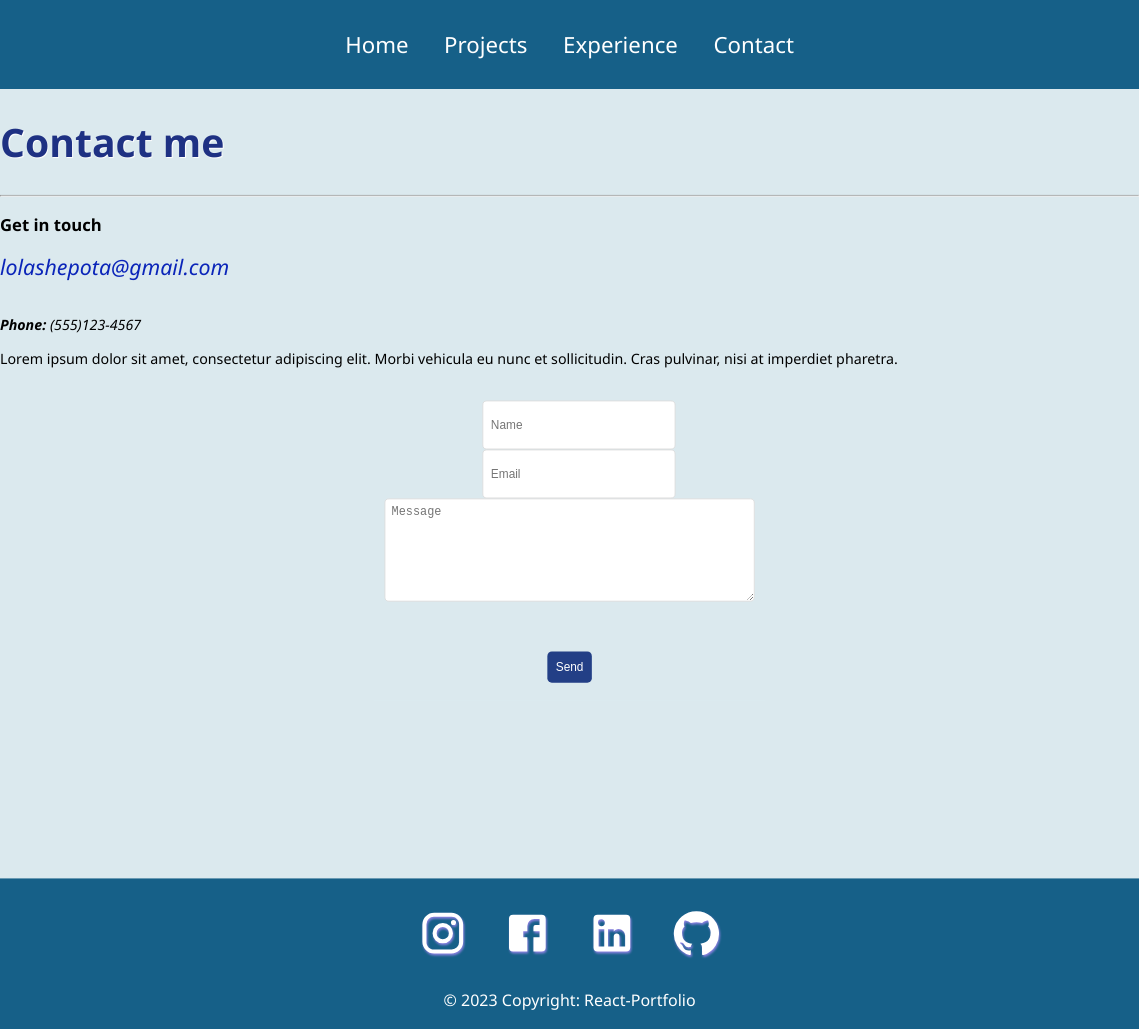
Repository: LolaSL/react-portfolio
Page: /contact
These files come from the project's save history. The page is drawn as it stood at one moment and after a run of saves; the edit follows.
The browser window is 1280 px wide. The pictures show the whole page, at 89% of full size.
The project was rebuilt for these pictures with package versions that can differ from the ones it lists, and the page was loaded fresh each time. Also part of the build but not shown: src/pages/Home/Style.css, src/pages/Home/Home.jsx, src/components/ProjectItem/Style.css, src/components/ProjectItem/ProjectItem.jsx, src/helpers/ProjectList.js, src/pages/Projects/Style.css, src/pages/Projects/Projects.jsx, src/pages/Experience/Style.css and 2 more.

Above is the page before, as saved 2023-09-26 10:48:05.

### src/App.js
import './App.css';
import { BrowserRouter as Router, Routes, Route } from 'react-router-dom';
import Home from './pages/Home/Home.jsx';
import Projects from './pages/Projects/Projects.jsx';
import Experience from './pages/Experience/Experience.jsx';
import Navbar from "./components/Navbar/Navbar.jsx";
import Footer from './components/Footer/Footer.jsx';
import ProjectDetail from './pages/ProjectDetail/ProjectDetail';
import Contact from './pages/Contact/Contact';


function App() {
  return (
    <div className="App">
      <Router>
      <Navbar />
        <Routes>
          <Route path="/" element={<Home />} />
          <Route path="/projects" element={<Projects />} />
          <Route path="/project/:id" element={<ProjectDetail />} />
          <Route path="/experience" element={<Experience />} />
          <Route path="/contact" element ={<Contact/>}/>
        </Routes>
        <Footer />
      </Router>
    </div>
  );
}

export default App;

### src/App.css
.App {
  width: 100%;
  height: auto;
  display: flex;
  flex-direction: column;
  font-family:'Segoe UI', Tahoma, Geneva, Verdana, sans-serif;
  background-color: #dbe9ee;
}

body {
  margin: 0;
  padding: 0;
}

### src/components/Navbar/Navbar.jsx
import React, { useEffect, useState } from "react";
import { Link, useLocation } from "react-router-dom";
import DehazeIcon from "@mui/icons-material/Dehaze";
import "./Style.css";

const Navbar = () => {
  const [expandNavbar, setExpandNavbar] = useState(false);
  const location = useLocation();
  useEffect(() => {
    setExpandNavbar(false);
  }, [location]);
  return (
    <div className="navbar" id={expandNavbar ? "open" : "close"}>
      <div className="toggleButton">
        <button
          onClick={() => {
            setExpandNavbar((prev) => !prev);
          }}
        >
          <DehazeIcon />
        </button>
      </div>
      <div className="links">
        <Link to="/"> Home </Link>
        <Link to="/projects"> Projects </Link>
        <Link to="/experience"> Experience </Link>
        <Link to="/contact"> Contact </Link>
      </div>
    </div>
  );
};

export default Navbar;

### src/components/Footer/Footer.jsx
import React from "react";
import { Link } from "react-router-dom";
import InstagramIcon from "@mui/icons-material/Instagram";
import FacebookIcon from "@mui/icons-material/Facebook";
import LinkedInIcon from "@mui/icons-material/LinkedIn";
import GitHubIcon from "@mui/icons-material/GitHub";
import "./Style.css";

const Footer = () => {
  return (
    <div className="footer">
      <div className="socialMedia">
        <Link to="https://www.instagram.com">
          <InstagramIcon />
        </Link>
        <Link to="https://www.facebook.com">
          <FacebookIcon />
        </Link>
        <Link to="https://www.linkedin.com/in/lola-s-2aba6340-lo">
          <LinkedInIcon />
        </Link>
        <Link to="https://github.com">
          <GitHubIcon />
        </Link>
      </div>
      <div className="copyright">
        <p>&copy; {new Date().getFullYear()} Copyright: React-Portfolio</p>
      </div>
    </div>
  );
};

export default Footer;

### src/pages/Contact/Contact.jsx
import React, { useRef } from "react";
import emailjs from "@emailjs/browser";
import { Container, Row, Col } from "react-bootstrap";
import { contactConfig } from "./contactConfig";
import "./Style.css";

const ContactForm = () => {
  const form = useRef();

  const sendEmail = (e) => {
    e.preventDefault();

    emailjs.sendForm("MY_SERVICE", "MY-TEMPLATE", form.current, "MY-KEY").then(
      (result) => {
        console.log(result.text);
        console.log("message sent");
      },
      (error) => {
        console.log(error.text);
      }
    );
  };
  return (
    <Container>
      <Row className="mb-5 mt-3">
        <Col lg="8">
          {" "}
          <h1 className="display-4 mb-4">Contact me</h1>
          <hr className="t_border my-4 ml-0 text-left" />
        </Col>
      </Row>
      <Row className="sec-sp">
        <Col lg="5" className="mb-5">
          <h3 className="color_sec py-4">Get in touch</h3>
          <address>
            <strong>      <a href={`mailto:${contactConfig.YOUR_EMAIL}`}>
                {contactConfig.YOUR_EMAIL}
              </a></strong>
              <br />
              <br />
              {contactConfig.hasOwnProperty("YOUR_FONE") ? (
                <p>
                  <strong>Phone:</strong> {contactConfig.YOUR_FONE}
                </p>
              ) : (
                ""
              )}
            </address>
            <p>{contactConfig.description}</p>
          </Col>
        <Col lg="7" className="d-flex align-items-center">
          <form ref={form} onSubmit={sendEmail} className="contact-form w-100">
          <Row>
                <Col lg="6" className="form-group">
                  <input
                    className="form-control"
                    id="name"
                    name="name"
                    placeholder="Name"
                    type="text"
                    required
                  />
                </Col>
                <Col lg="6" className="form-group">
                  <input
                    className="form-control rounded-0"
                    id="email"
                    name="email"
                    placeholder="Email"
                    type="email"
                    required
                  />
                </Col>
              </Row>
              <textarea
                className="form-control rounded-0"
                id="message"
                name="message"
                placeholder="Message"
                rows="5"
                required
              ></textarea>
              <br />
            <Row>
              <Col lg="12" className="form-group">
                <input
                  type="submit"
                  className="btn"
                  value="Send"
                  disabled={true}
                />
              </Col>
            </Row>
          </form>
        </Col>
      </Row>
    </Container>
  );
};

export default ContactForm;

### src/components/Navbar/Style.css
.navbar {
  width: 100%;
  height: 100px;
  background: #166088;
}

.links {
  width: 100%;
  height: 100%;
  display: flex;
  align-items: center;
  justify-content: center;
  color: white;
}

.navbar a {
  color: white;
  text-decoration: none;
  margin: 20px;
  font-size: 25px;
}

.toggleButton {
  width: 100%;
  height: 100px;
  display: flex;
  align-items: center;
  justify-content: flex-end;
}

.toggleButton svg {
  font-size: 50px;
}
.toggleButton button {
  margin-right: 20px;
  padding: 8px;
  background-color: transparent;
  border: none;
  color: white;
  cursor: pointer;
}

#open {
  height: 100vh;
}

#open .links {
  flex-direction: column;
  justify-content: flex-start;
  margin-top: 100px;
}

#open a {
  width: 100%;
  text-align: center;
}

@media only screen and (max-width: 900px) {
  .navbar a {
    width: 600px;
  }
}

@media only screen and (max-width: 600px) {
  .toggleButton {
    display: flex;
  }
  #close a {
    display: none;
  }
}

@media only screen and (min-width: 600px) {
  .toggleButton {
    display: none;
  }

  .hiddenLinks {
    display: none;
  }

  #open {
    height: 100px;
  }

  #open .links {
    flex-direction: row;
  }
}

### src/components/Footer/Style.css
.footer {
    width: 100%;
    height: 155px;
    background: #166088;
    display: flex;
    justify-content: center;
    align-items: center;
    flex-direction: column;
    padding-top: 10px;
    margin-top: 200px;
    position: related;
    bottom: 0;
    left: 0;
    right: 0;
  }
  .footer{
    height: 22vh;
  }
  .socialMedia svg{
    color: white;
    margin: 20px;
    font-size: 55px;
    cursor: pointer;
    margin-bottom: 10px;
  }
  .socialMedia svg:hover{
    color: #e76972;
    margin: 20px;
    font-size: 55px;
    cursor: pointer;
    margin-bottom: 10px;
    background-color: transparent;
    transition: all ease 0.3s;
    border: none;
    text-shadow: 0 0 0.625em #d83535;
  }
.copyright p{
    color: white;
    font-size: 18px;
  }

  @media only screen and (max-width: 600px) {
    .footer svg {
      font-size: 50px;
    }
    .copyright p{
      font-size: 16px;
    }
  }

### src/pages/ProjectDetail/Style.css
.project {
  width: 100%;
    height: auto;
    display: flex;
    justify-content: center;
    align-items: center;
    flex-direction: column;
    color: #3e497a;
}

.project  h1 {
  text-align: center;
  color: #3e497a;
  font-size:50px;
  font-weight: bolder;
  margin-top: 30px

}
.project img {
  max-width: 700px;
  border-radius: 10px;
  margin-bottom: 40px;
}

.project h3 {
  font-size: 1.7rem;
  color: #3e497a;
  padding: 50px;
  text-align: justify;
}
a {
  text-decoration: none;
  color: rgb(11, 37, 185);
  font-weight: normal;
  font-size: 24px;
}
a:hover {
  text-decoration: none;
   color: #e76972;
  font-weight: bold;
  transition: all ease 0.3s;
  font-size: 24px;
  cursor: pointer;
  text-shadow: 0 0 0.625em #d83535;
}
.project svg {
  font-size: 60px;
  color: #3e497a;
}
.project svg:hover {
  color: #2d2d84;
  cursor: pointer;
}
svg {
  filter: drop-shadow(1px 2px 1px rgb(144, 130, 227));
}
@media only screen and (max-width: 1300px) {
  .project img {
    max-width: 500px;
    border-radius: 8px;
  }
  .project h1 {
    font-size: 1.8rem;
  }
  .project h3 {
    font-size: 1.4rem;
  }
}

@media only screen and (max-width: 800px) {
  .project img {
    max-width: 374px;
    border-radius: 6px;
  }
  .project h1 {
    font-size:37px;
    text-align: center;
    color: #3e497a;
  }
  .project h3 {
    font-size: 1.3rem;
  }

}

### src/pages/Contact/contactConfig.js
// const contactConfig = {
//     description: "I'm Highly motivated, passionate coder, self-taught, fast-learning, and a team player with deep loyalty, dedication, and hardworking ethics. I love to contribute my skill set in creating new ideas with fantastic customer experiences."
// }
// export {
//     contactConfig
// }
const logotext = 'Lola Shepota';
const meta = {
  title: 'Lola Shepota',
  description:
    "I'm Highly motivated, passionate coder, Full-Stact Junior. ",
};

const introdata = {
  title: 'I’m John Doe',
  animated: {
    first: 'I love coding',
    second: "I'm creating new ideas with fantastic customer experiences",
    third: 'A team player with deep loyalty',
  },
  description:
   "I'm self-taught, fast-learning, and  dedication, and hardworking ethics. I love contributing my skills to code websites.",
  your_img_url: 'https://avatars.githubusercontent.com/u/67796082?v=4',
};

const dataabout = {
  title: 'About my self',
  aboutme:
    'Lorem ipsum dolor sit amet, consectetur adipiscing elit. Praesent quis dolor id ligula semper elementum feugiat pretium nulla. Nunc non commodo dolor. Nunc mollis dignissim facilisis. Morbi ut magna ultricies.',
};
const worktimeline = [
  {
    jobtitle: 'Designer of week',
    where: 'YAdfi',
    date: '2020',
  },
  {
    jobtitle: 'Designer of week',
    where: 'Jamalya',
    date: '2019',
  },
  {
    jobtitle: 'Designer of week',
    where: 'ALquds',
    date: '2019',
  },
];



const services = [
  {
    title: 'UI & UX Design',
    description:
      'Lorem ipsum dolor sit amet, consectetur adipiscing elit. Sed at nisl euismod urna bibendum sollicitudin.',
  },
  {
    title: 'Mobile Apps',
    description:
      'Lorem ipsum dolor sit amet, consectetur adipiscing elit. Sed at nisl euismod urna bibendum sollicitudin.',
  },
  {
    title: 'Wordpress Design',
    description:
      'Lorem ipsum dolor sit amet, consectetur adipiscing elit. Sed at nisl euismod urna bibendum sollicitudin.',
  },
];

const contactConfig = {
  YOUR_EMAIL: 'lolashepota@gmail.com',
  YOUR_FONE: '(555)123-4567',
  description:
    'Lorem ipsum dolor sit amet, consectetur adipiscing elit. Morbi vehicula eu nunc et sollicitudin. Cras pulvinar, nisi at imperdiet pharetra. ',
  YOUR_SERVICE_ID: 'service_id',
  YOUR_TEMPLATE_ID: 'template_id',
  YOUR_USER_ID: 'user_id',
};


export {
  meta,
  dataabout,
  worktimeline,
  services,
  introdata,
  contactConfig,
  logotext,
};

### src/pages/Contact/Style.css
.contact-form {
  max-width: 400px;
  margin: 0 auto;
  padding: 20px;
  background-color: #dbe9ee;
  display: flex;
  flex-direction: column;
  align-items: center;
  color: #1e3183;
  font-size: 18px;
  font-weight: 600;


}
h1{
  font-size: 44px;
 color: #1e3183;
 text-shadow: 1px 1px 1px #ffffff;

}
  input {
    width: 100%;
    height: 35px;
    padding: 9px;
    outline: none;
    border-radius: 5px;
    border: 1px solid rgb(220, 220, 220);

    &:focus {
      border: 2px solid rgba(0, 206, 158, 1);
    }
  }

  textarea {
    max-width: 100%;
    min-width: 100%;
    width: 100%;
    max-height: 100px;
    min-height: 100px;
    padding: 7px;
    outline: none;
    border-radius: 5px;
    border: 1px solid rgb(220, 220, 220);

    &:focus {
      border: 2px solid rgba(0, 206, 158, 1);
    }
  }

  input[type="submit"] {
    margin-top: 2rem;
    cursor: pointer;
    background: #233f86;
    color: white;
    border: none;
  }
  input:hover[type="submit"] {
    margin-top: 2rem;
    cursor: pointer;
    background: #e76972;
    color: white;
    border: none;
  }

Loaded but not shown: public/index.html (common file); src/index.js (common file); src/reportWebVitals.js (common file)

After the next 2 saves:
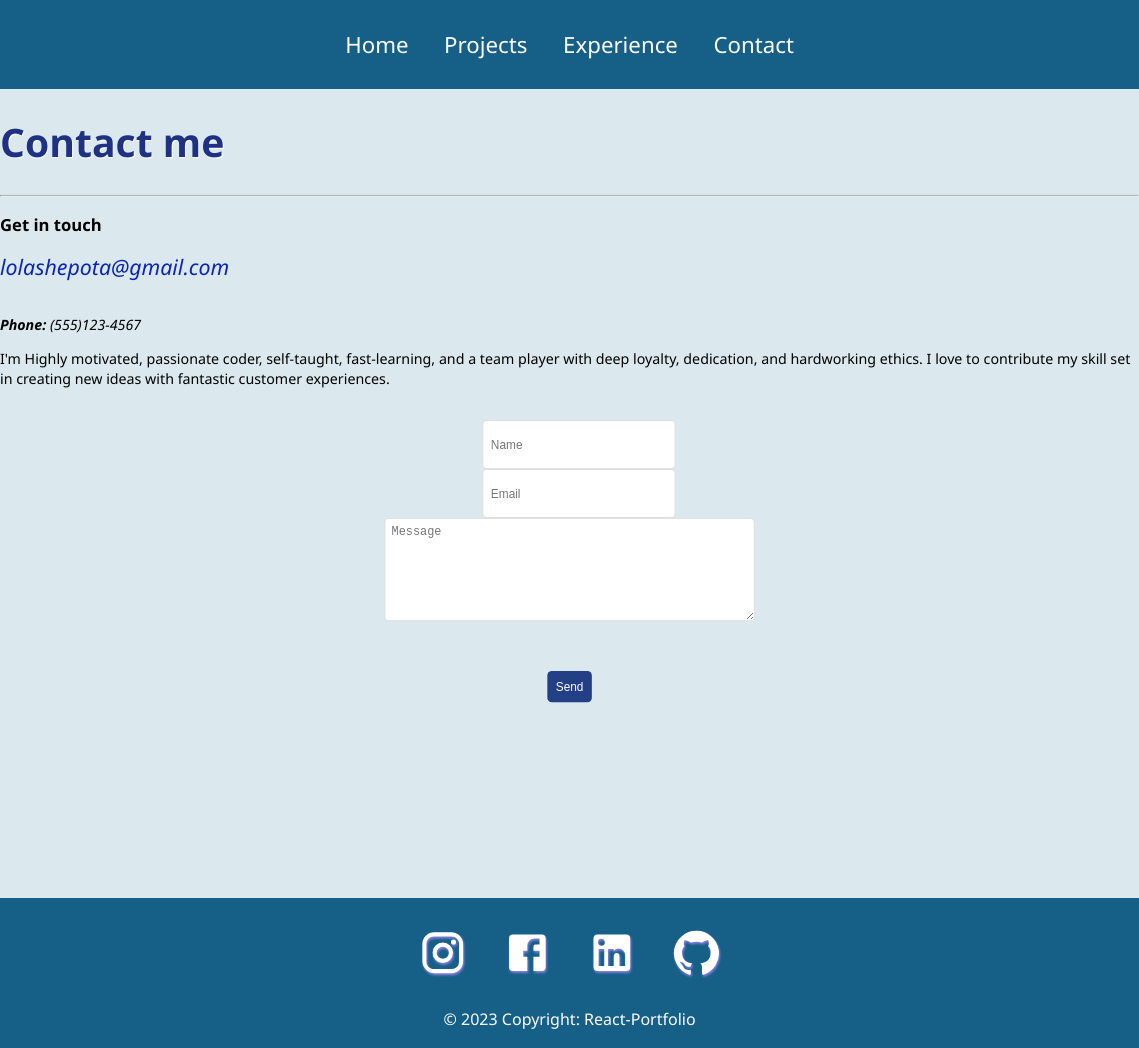
The 2 saves are shown as one change because they came seconds apart.
The last was saved 68 s later.
--- a/src/pages/Contact/contactConfig.js
+++ b/src/pages/Contact/contactConfig.js
@@ -70,7 +70,7 @@ const contactConfig = {
   YOUR_EMAIL: 'lolashepota@gmail.com',
   YOUR_FONE: '(555)123-4567',
   description:
-    'Lorem ipsum dolor sit amet, consectetur adipiscing elit. Morbi vehicula eu nunc et sollicitudin. Cras pulvinar, nisi at imperdiet pharetra. ',
+    "I'm Highly motivated, passionate coder, self-taught, fast-learning, and a team player with deep loyalty, dedication, and hardworking ethics. I love to contribute my skill set in creating new ideas with fantastic customer experiences.",
   YOUR_SERVICE_ID: 'service_id',
   YOUR_TEMPLATE_ID: 'template_id',
   YOUR_USER_ID: 'user_id',
